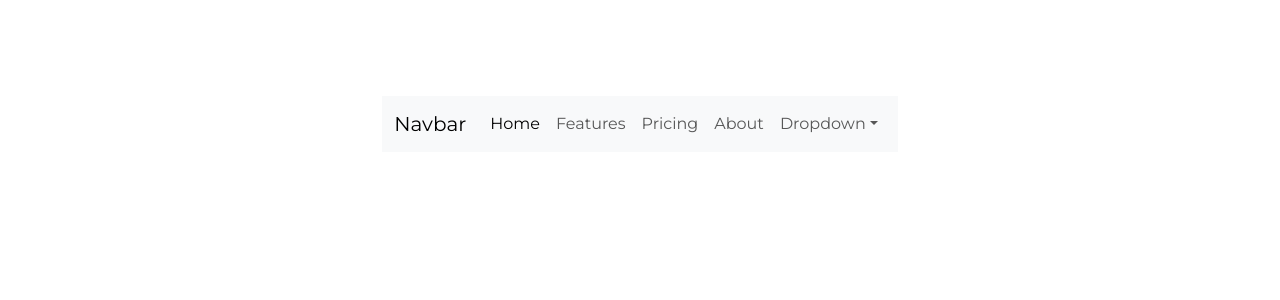
Repository: Aladdin3r/idsp12-marketplace
Page: /
The author's editor kept a copy of each file at every save. The page is drawn from the files as they stood at one save, then again after a run of saves.
The browser window is 1280 px wide. The pictures show the whole page.
The project was rebuilt for these pictures with package versions that can differ from the ones it lists, and the page was loaded fresh each time. The framework's server and built-in components were replaced by stand-ins that run in the browser. Also part of the build but not shown: next.config.mjs.

Above is the page before, as saved 2024-05-07 13:59:57.

After the next 3 saves:
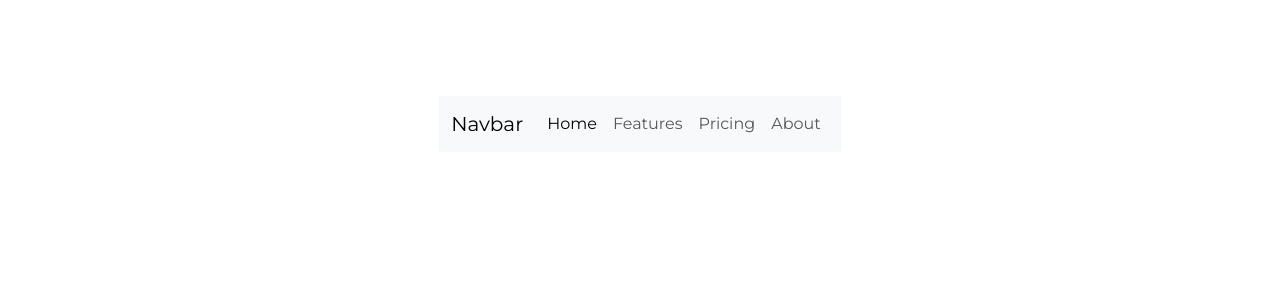
The 3 saves are shown as one change because they came seconds apart.
The last was saved 68 s later.
--- a/pages/index.js
+++ b/pages/index.js
@@ -34,14 +34,6 @@
           <a class="nav-link" href="#">About</a>
         </li>
         <li class="nav-item dropdown">
-          <a class="nav-link dropdown-toggle" data-bs-toggle="dropdown" href="#" role="button" aria-haspopup="true" aria-expanded="false">Dropdown</a>
-          <div class="dropdown-menu">
-            <a class="dropdown-item" href="#">Action</a>
-            <a class="dropdown-item" href="#">Another action</a>
-            <a class="dropdown-item" href="#">Something else here</a>
-            <div class="dropdown-divider"></div>
-            <a class="dropdown-item" href="#">Separated link</a>
-          </div>
         </li>
       </ul>
     </div>
